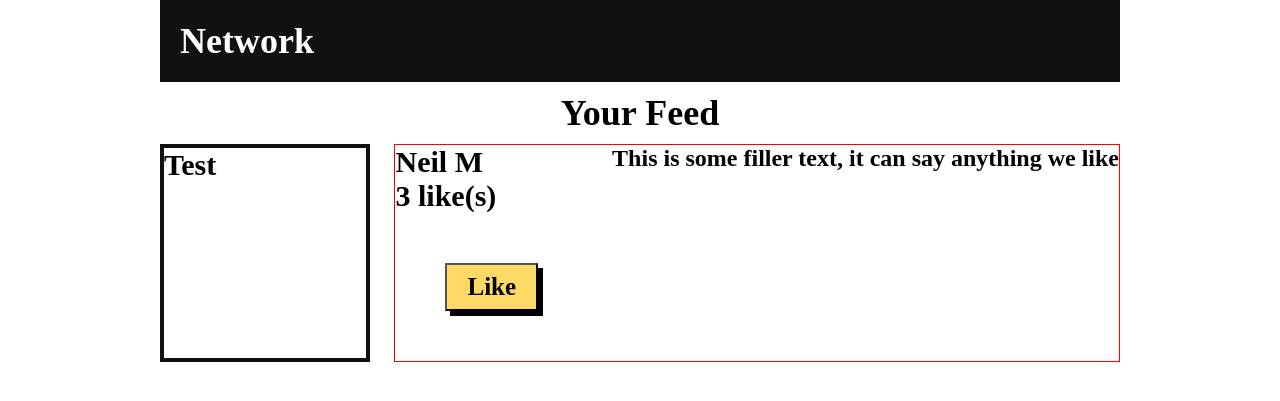
Repository: Blender20/liking_likes
Page: index.html
The author's editor kept a copy of each file at every save. The page is drawn from the files as they stood at one save, then again after a run of saves.
The browser window is 1280 px wide. The pictures show the whole page.
Some web fonts or font styles are not loaded; a fallback is used.

Above is the page before, as saved 2022-03-29 23:53:04.

### index.html
<!DOCTYPE html>
<html lang="en">

<head>
  <meta charset="UTF-8">
  <meta http-equiv="X-UA-Compatible" content="IE=edge">
  <meta name="viewport" content="width=device-width, initial-scale=1.0">
  <link rel="stylesheet" href="style.css">
  <title>Document</title>
</head>

<body>
  <nav>
    <h1>Network</h1>
  </nav>
  <div class="feed">
    <h1>Your Feed</h1>
  </div>
  <div class="container flex">
    <div class="leftColumn">
      <h3>Test</h2>
    </div>

    <div class="right flex">
      <div class="user">
        <h3>Neil M</h3>
        <h3><span id="likeCount">3</span> like(s)</h3>
      <button onclick="addLike()" id="like">Like</button>

      </div>
      <h2>This is some filler text, it can say anything we like</h2>
    </div>

  </div>
  <script src="script.js"></script>
</body>

</html>

### style.css
@import url('https://fonts.googleapis.com/css2?family=Balsamiq+Sans:ital,wght@0,400;0,700;1,700&display=swap');
  *{
  padding: 0;
  margin: 0;
  box-sizing: border-box;
  font-family: 'Balsamiq Sans', cursive;
}

.flex {
  display: flex;
  justify-content: space-between;
  align-self: center;
  gap:1.5em;
}
nav{
  min-height: 70px;
  background-color: #111;
  display: block;
  width: 75%;
  margin: 0 auto;

  color: #fff;
  font-family: "balsamiq Sans";
  padding: 10px
}
.container {
  margin: 0 auto;
  width: 75%

}

 .leftColumn{
  border: 4px solid #111;
  margin-top: 50px;

  flex:1;
  margin: 0 auto;
 }

.right {
  border: 1px solid red;
}
.user{
 flex: 1;
 justify-content: space-around;
 align-items: center;
}

h1 {

  font-size: 36px;
  padding: 10px;
}
h3 {
  font-size: 30px;
  display:block
}
.feed {
  text-align: center;
  justify-content: center;
}




#like {
  background-color: #FFD966;
  padding: 8px 20px;
  margin: 50px;
  font-weight: 900;
  font-size: 25px;
  box-shadow: 5px 5px;
  align-self: top;
}

### script.js
var likeCount = document.querySelector('#likeCount')
console.log(likeCount)
function addLike() {

  likeCount.innerText++;

}

After the next 2 saves:
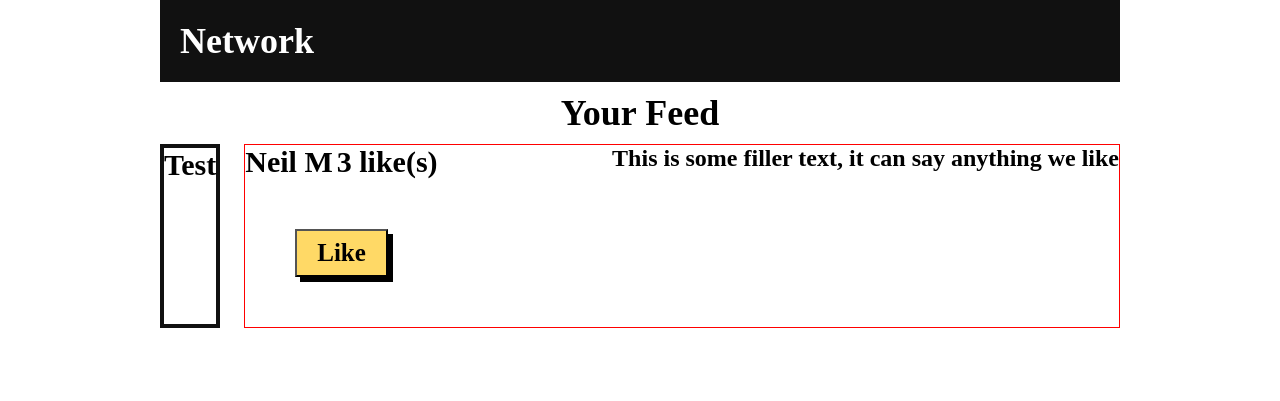
The 2 saves are shown as one change because they came seconds apart.
The last was saved 9 s later.
--- a/style.css
+++ b/style.css
@@ -53,7 +53,7 @@
 }
 h3 {
   font-size: 30px;
-  display:block
+  display:inline-block
 }
 .feed {
   text-align: center;

After the save that followed:
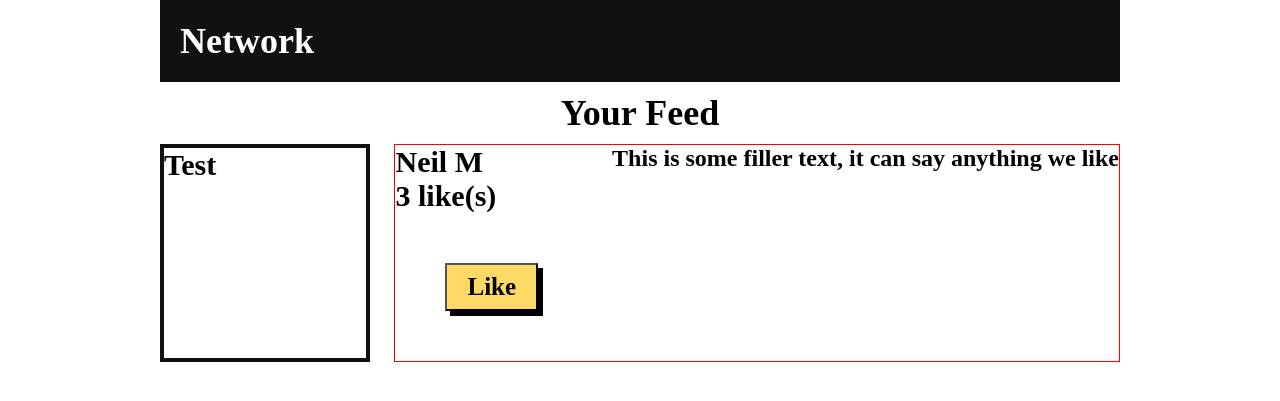
Saved 44 s later.
--- a/style.css
+++ b/style.css
@@ -53,7 +53,7 @@
 }
 h3 {
   font-size: 30px;
-  display:inline-block
+
 }
 .feed {
   text-align: center;
